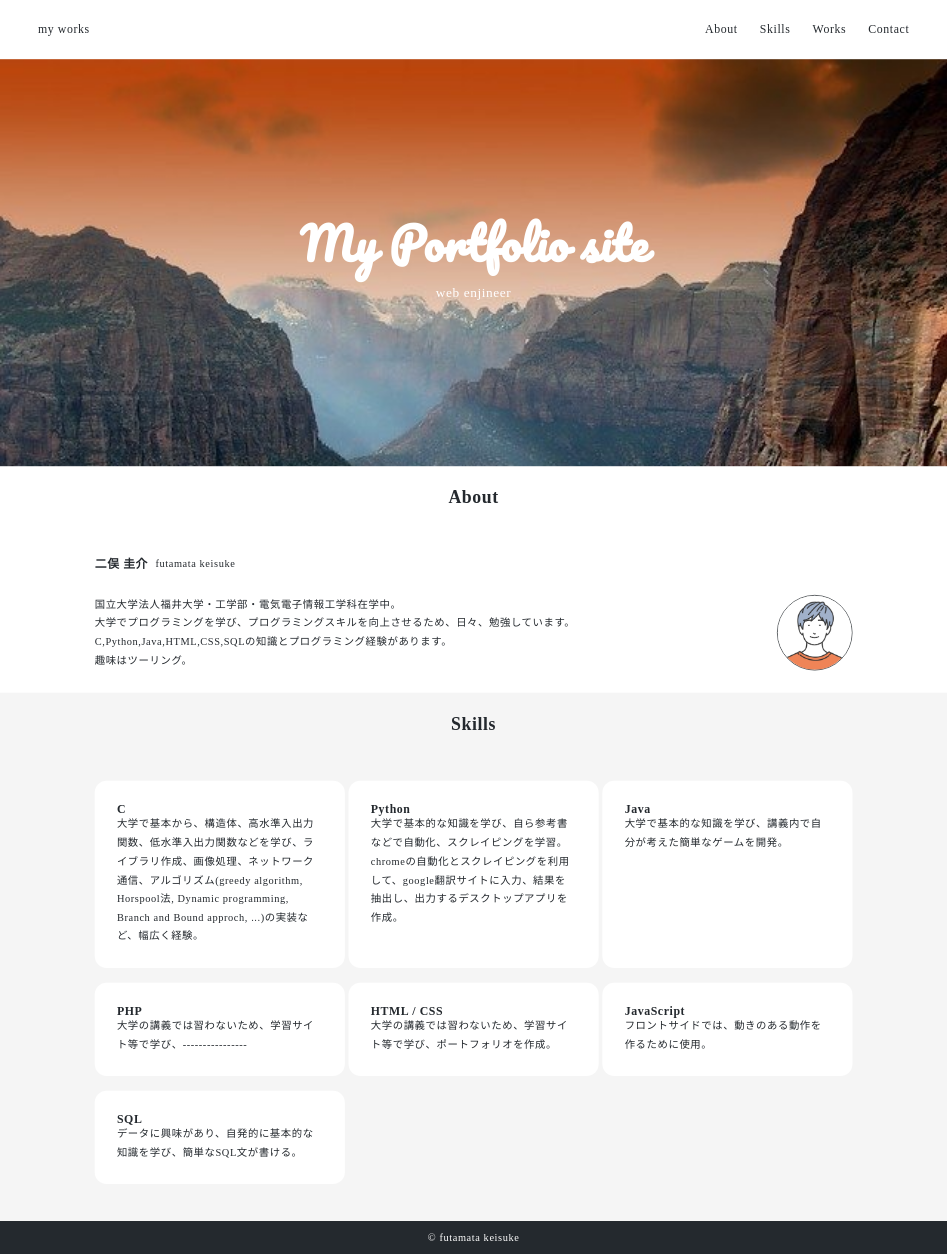
Repository: F-ksk/portfolio
Page: index.html
These files come from the project's save history. The page is drawn as it stood at one moment and after the next save; the edit follows.
The browser window is 1280 px wide. The pictures show the whole page, at 74% of full size.

Above is the page before, as saved 2023-06-29 12:40:34.

After the next save:
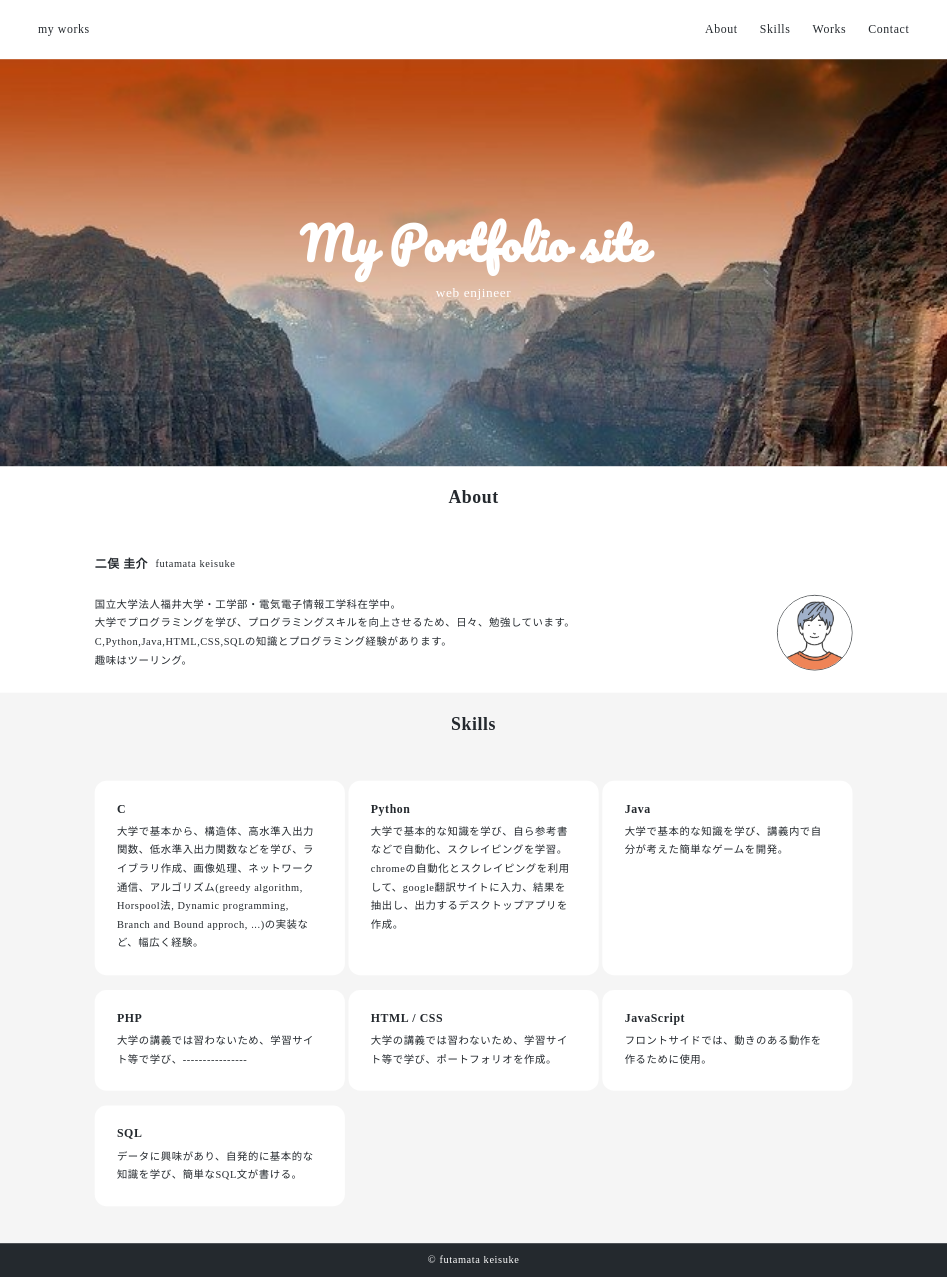
Saved 33 s later.
--- a/css/style.css
+++ b/css/style.css
@@ -119,6 +119,10 @@ section {
     background-color: #f5f5f5;
 }
 
+#skills h3 {
+    margin-bottom: 10px;
+}
+
 .skill-list {
     display: flex;
     justify-content: space-between;
